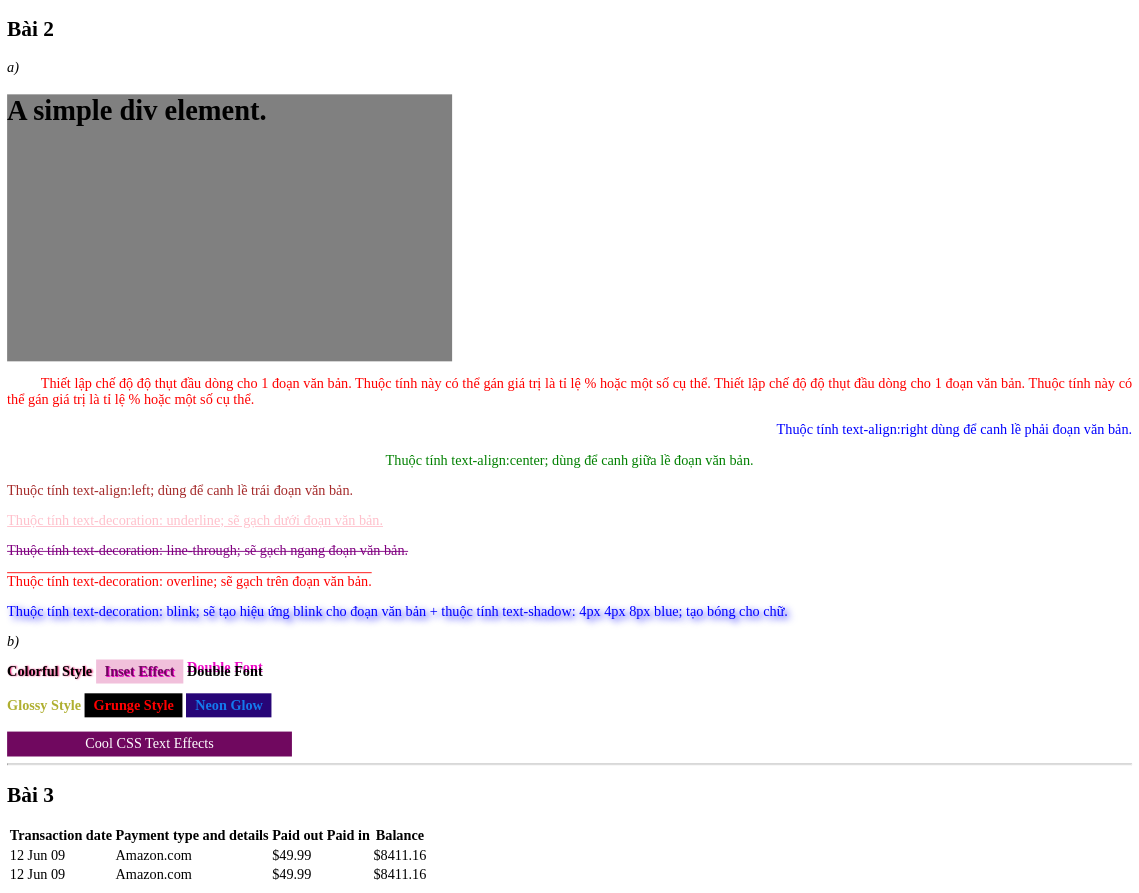
Repository: hoangnguyen1903/STT_21084321_NguyenHuyHoang_DHKHMT17B
Page: html/index.html
These files come from the project's save history. The page is drawn as it stood at one moment and after the next save; the edit follows.
The browser window is 1280 px wide. The pictures show the whole page, at 89% of full size.

Above is the page before, as saved 2023-03-02 13:56:42.

### html/index.html
<!DOCTYPE html>
<html lang="en">
<head>
    <meta charset="UTF-8">
    <meta http-equiv="X-UA-Compatible" content="IE=edge">
    <meta name="viewport" content="width=device-width, initial-scale=1.0">
    <title>CSS</title>
</head>
<body>
    <h2><b>Bài 2</b></h2>
    <p><i>a)</i></p>
    <div id="container" style="width:500px; height:300px; background-color: gray">
        <h1>A simple div element.</h1>
    </div>
    <p style="text-indent: 1cm; color: red; text-align: justify">
        Thiết lập chế độ độ thụt đầu dòng cho 1 đoạn văn bản. Thuộc tính này có thể gán giá trị là tỉ lệ % hoặc một số cụ thể. Thiết lập chế độ độ thụt đầu dòng cho 1 đoạn văn bản. Thuộc tính này có thể gán giá trị là tỉ lệ % hoặc một số cụ thể.
    </p>
    <p style="text-align: right; color: blue;">
        Thuộc tính text-align:right dùng để canh lề phải đoạn văn bản.
    </p>
    <p style="text-align: center; color: green;">
        Thuộc tính text-align:center; dùng để canh giữa lề đoạn văn bản.
    </p>
    <p style="text-align: left; color: brown;">
        Thuộc tính text-align:left; dùng để canh lề trái đoạn văn bản.
    </p>
    <p style="text-decoration: underline; color: pink;">
        Thuộc tính text-decoration: underline; sẽ gạch dưới đoạn văn bản.
    </p>
    <p style="text-decoration: line-through; color: purple;">
        Thuộc tính text-decoration: line-through; sẽ gạch ngang đoạn văn bản.
    </p>
    <p style="text-decoration: overline; color: red;">
        Thuộc tính text-decoration: overline; sẽ gạch trên đoạn văn bản.
    </p>
    <p style="text-decoration: blink; text-align: justify; color: blue; text-shadow: 4px 4px 8px blue;">
        Thuộc tính text-decoration: blink; sẽ tạo hiệu ứng blink cho đoạn văn bản + thuộc tính text-shadow: 4px 4px 8px blue; tạo bóng cho chữ.
    </p>
    <p><i>b)</i></p>
    <div>
        <span style="color: black; font-weight: bold;
    text-shadow: 1px -1px 2px rgba(238, 12, 106, 0.986)">Colorful Style</span>
    <span style="color: #70085f;
    background: #f1c0db;
    padding: 5px 10px;
    font-weight: bold;
    text-shadow: #eb0bc5 1px 1px 0;">Inset Effect</span>
    <span style="text-shadow: 0px -5px 0 #eb0bc5; font-weight: bold">Double Font</span>
    </div>
    <div style="margin-top: 20px">
        <span style="color: rgb(175, 175, 48); text-shadow: 4px 2px 2px #fff; font-weight: bold;">Glossy Style</span>
        <span style="color: red; background-color: black; padding: 5px 10px; font-weight: bold;">Grunge Style</span>
        <span style="color: rgb(20, 122, 238); background-color: rgb(39, 5, 119); padding: 5px 10px; font-weight: bold;">Neon Glow</span>
    </div>
    <div style="color: #fff; background-color: #70085f; text-align: center; padding: 5px 10px; margin-top: 20px; width: 300px;">Cool CSS Text Effects</div>
    <hr>
    <h2><b>Bài 3</b></h2>
    <col>
        <col span="2" style="background-color: blue;">
        <col span="2" style="background-color: green;">
        <col span="2" style="background-color: pink;">
    </colgroup>
    <table>
        <tr style="border: 1px solid black">
            <th colspan="6">Transaction date</th>
            <th colspan="6">Payment type and details</th>
            <th colspan="2">Paid out</th>
            <th colspan="2">Paid in</th>
            <th colspan="3">Balance</th>
        </tr>
        <tr>
            <td colspan="6">12 Jun 09</td>
            <td colspan="6">Amazon.com</td>
            <td colspan="2">$49.99</td>
            <td colspan="2"></td>
            <td colspan="3">$8411.16</td>
        </tr>
        <tr>
            <td colspan="6">12 Jun 09</td>
            <td colspan="6">Amazon.com</td>
            <td colspan="2">$49.99</td>
            <td colspan="2"></td>
            <td colspan="3">$8411.16</td>
        </tr>
    </table>
</body>
</html>

After the next save:
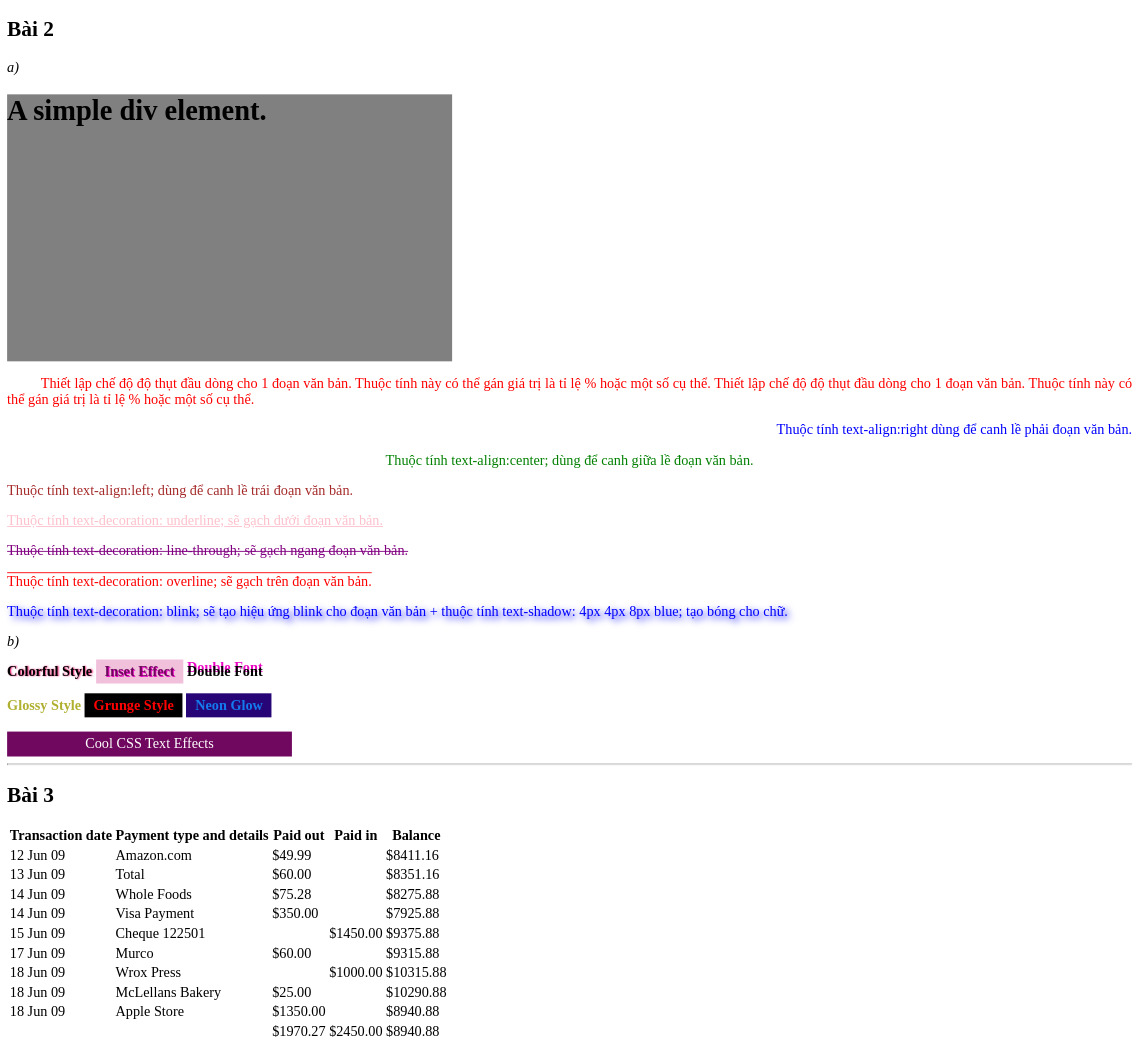
Saved 7 min 24 s later.
--- a/html/index.html
+++ b/html/index.html
@@ -61,7 +61,7 @@
         <col span="2" style="background-color: pink;">
     </colgroup>
     <table>
-        <tr style="border: 1px solid black">
+        <tr>
             <th colspan="6">Transaction date</th>
             <th colspan="6">Payment type and details</th>
             <th colspan="2">Paid out</th>
@@ -76,11 +76,67 @@
             <td colspan="3">$8411.16</td>
         </tr>
         <tr>
-            <td colspan="6">12 Jun 09</td>
-            <td colspan="6">Amazon.com</td>
-            <td colspan="2">$49.99</td>
+            <td colspan="6">13 Jun 09</td>
+            <td colspan="6">Total</td>
+            <td colspan="2">$60.00</td>
             <td colspan="2"></td>
-            <td colspan="3">$8411.16</td>
+            <td colspan="3">$8351.16</td>
+        </tr>
+        <tr>
+            <td colspan="6">14 Jun 09</td>
+            <td colspan="6">Whole Foods</td>
+            <td colspan="2">$75.28</td>
+            <td colspan="2"></td>
+            <td colspan="3">$8275.88</td>
+        </tr>
+        <tr>
+            <td colspan="6">14 Jun 09</td>
+            <td colspan="6">Visa Payment</td>
+            <td colspan="2">$350.00</td>
+            <td colspan="2"></td>
+            <td colspan="3">$7925.88</td>
+        </tr>
+        <tr>
+            <td colspan="6">15 Jun 09</td>
+            <td colspan="6">Cheque 122501</td>
+            <td colspan="2"></td>
+            <td colspan="2">$1450.00</td>
+            <td colspan="3">$9375.88</td>
+        </tr>
+        <tr>
+            <td colspan="6">17 Jun 09</td>
+            <td colspan="6">Murco</td>
+            <td colspan="2">$60.00</td>
+            <td colspan="2"></td>
+            <td colspan="3">$9315.88</td>
+        </tr>
+        <tr>
+            <td colspan="6">18 Jun 09</td>
+            <td colspan="6">Wrox Press</td>
+            <td colspan="2"></td>
+            <td colspan="2">$1000.00</td>
+            <td colspan="3">$10315.88</td>
+        </tr>
+        <tr>
+            <td colspan="6">18 Jun 09</td>
+            <td colspan="6">McLellans Bakery</td>
+            <td colspan="2">$25.00</td>
+            <td colspan="2"></td>
+            <td colspan="3">$10290.88</td>
+        </tr>
+        <tr>
+            <td colspan="6">18 Jun 09</td>
+            <td colspan="6">Apple Store</td>
+            <td colspan="2">$1350.00</td>
+            <td colspan="2"></td>
+            <td colspan="3">$8940.88</td>
+        </tr>
+        <tr>
+            <td colspan="6"></td>
+            <td colspan="6"></td>
+            <td colspan="2">$1970.27</td>
+            <td colspan="2">$2450.00</td>
+            <td colspan="3">$8940.88</td>
         </tr>
     </table>
 </body>
